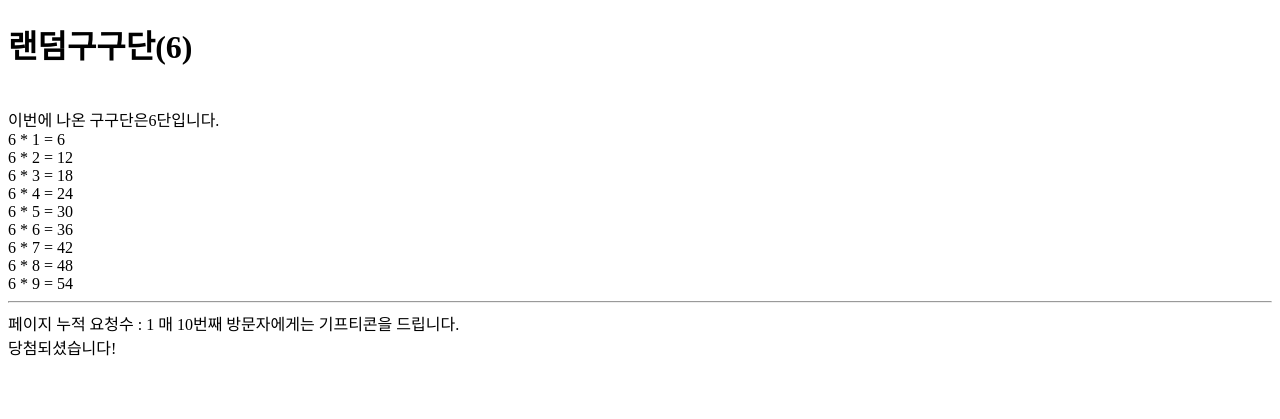
Repository: eun-chongzzz/jsp_practice
Page: http://localhost/JSPBasic/jspTag/TagQ02.jsp
These files come from the project's save history. The page is drawn as it stood at one moment and after the next save; the edit follows.
The browser window is 1280 px wide. The pictures show the whole page.
The page is served by Tomcat 9.

Above is the page before, as saved 2022-01-28 06:59:14.

After the next save:
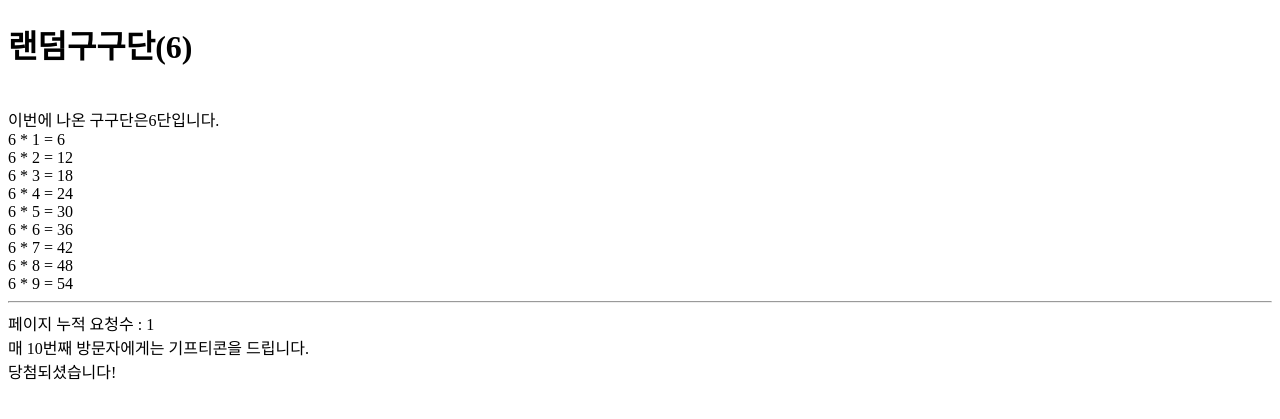
Saved 27 s later.
--- a/JSPBasic/src/main/webapp/jspTag/TagQ02.jsp
+++ b/JSPBasic/src/main/webapp/jspTag/TagQ02.jsp
@@ -20,7 +20,7 @@
 		out.println(rN + " * " + j + " = " + rN * j +"<br/>");
 	}
 	out.println("<hr>");
-	out.println("페이지 누적 요청수 : " + (+total+1));
+	out.println("페이지 누적 요청수 : " + (+total+1) + "<br>");
 	out.println("매 10번째 방문자에게는 기프티콘을 드립니다." + "<br>");
 	if(total % 10 == 0){
 		out.println("당첨되셨습니다!");
